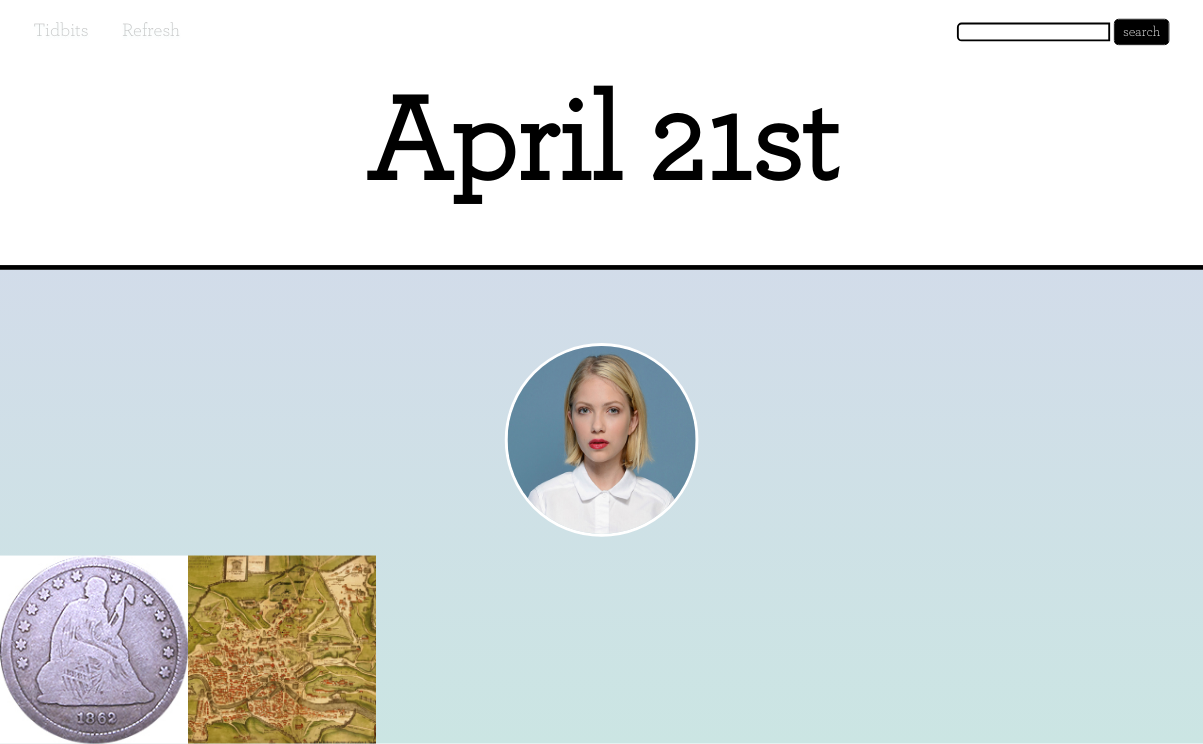
Repository: kklasmei/kklasmei.github.io
Page: tidbits/april21.html
The author's editor kept a record of every edit. The page is drawn from the files as they stood at one moment, then again after the next edit.
The browser window is 1280 px wide. The pictures show the whole page, at 94% of full size.

Above is the page before.

### tidbits/april21.html
<html>
    <head>
        <title>April 21</title>
        <link rel="stylesheet" href="tidbits.css">
        <link rel="stylesheet" href="jstyle.css"/>
  <meta charset="utf-8">
    </head>
    <body>
     <div id= "top">
         <div id="search">
		<form id="searchbody" method="get" action="home.html">
		        <input type="text" class="bar" maxlength="70">
		        <input type="submit" value="search" class="button">
		</form>
		    	<p1><a href="home.html">Tidbits</a></p1>
		    	<p1><a href="april21.html">Refresh</a></p1>

	<div class="tfclear"></div>
	</div>
        <h1> April 21st </h1>
        <br>
        <br>
        <br>
        <hr>
        </div>
    	<br>

        <div class="imgs">
        </div>

    <div id= "tavitext">
        <p1>happy birthday</p1>
    </div>

    <script src="jquery.js"></script>
    <script src="script.js"></script>
    </body>
</html>

### tidbits/tidbits.css
@font-face {
  font-family: 'Archer-Light';
  src: url('Archer-Light/Archer-Light.eot?#iefix') format('embedded-opentype'),  url('Archer-Light/Archer-Light.otf')  format('opentype'),
	     url('Archer-Light/Archer-Light.woff') format('woff'), url('Archer-Light/Archer-Light.ttf')  format('truetype'), url('Archer-Light/Archer-Light.svg#Archer-Light') format('svg');
  font-weight: normal;
  font-style: normal;
}

h1 {
    text-align: center;
    font-size: 130px;
    padding-top: 10;
    margin-bottom: -10;
    margin-top: 0;
    font-family: 'Archer-Light';
    color: #000;
    cursor: default;
}

h2 {
    text-align: center;
    font-size: 14;
    font-family: 'Archer-Light';
    padding-bottom: 8;
    padding-top: -40;
    margin: 0;
    cursor: default;
}

body {
    margin: 0;
    padding: 0;
 background-image: no-repeat -webkit-gradient(linear, 0 0, 0 100%, from(#d6d7ed), to(#cbe5e3)) fixed center;
 background-image: -webkit-linear-gradient(#d6d7ed, #cbe5e3) fixed center;
 background-image: linear-gradient(#d6d7ed, #cbe5e3);
    background-repeat: no-repeat, no-repeat, no-repeat;
    background-position: center;
}


hr {
    margin-bottom: 40;
    width: 100%;
    color: #000;
    display: block;
    height: 5px;
    background-color: black;
    border: none;
}

#submit {
    text-align: center;
    border-radius: 8px;
}


.month, .day {
    display: inline;
}

.date {
    text-align: center;
}

#searchbody {
	float: right;
	padding-right: 2%;
	padding-top: 20px;
	margin-right: 10px;
}

option {
    font-size: 30px;
}

.bar {
		margin: 0;
		padding: 1px 10px;
		font-family: 'Archer-Light';
		font-size: 12px;
		border: 2px solid #000;
		border-right: -7px;
		border-top-left-radius: 5px 5px;
		border-bottom-left-radius: 5px 5px;
		background-color: transparent;
}

.bar:focus {
    outline: none;
}

.button {
		margin: 0;
		font-family: 'Archer-Light';
		cursor: pointer;
		text-align: center;
		outline: none;
		color: #fff;
		border: solid 1px #000;
		background: #99c7c8;
		background: -webkit-gradient(linear, left top, left bottom, from(#000), to(#000));
		background: -moz-linear-gradient(top,  #cbe5e3,  #cbe5e3);
		border-top-right-radius: 5px 5px;
		border-bottom-right-radius: 5px 5px;
		border-top-left-radius: 5px 5px;
		border-bottom-left-radius: 5px 5px;
	}

input[value="view gallery"] {
    font-size: 20px;
	padding: 8px 12px;

}

input[value="search"] {
    font-size: 15px;
    padding: 4px 9px;
}

	.tfbutton:hover {
		text-decoration: none;
		background: #99c7c8;
		background: -webkit-gradient(linear, left top, left bottom, from(#99c7c8), to(#99c7c8));
		background: -moz-linear-gradient(top,  #99c7c8,  #99c7c8);
	}
	/* Fixes submit button height problem in Firefox */
	.tfbutton::-moz-focus-inner {
	  border: 0;
	}
	.tfclear{
		clear:both;
	}

p1 {
    font-family: 'Archer-Light';
    float: left;
    font-size: 20;
    padding-top: 20px;
    margin-left: 10px;
    padding-left: 2%;
    opacity: .6;
    background-color: #565656;
    color: transparent;
    text-shadow: 0px 2px 3px rgba(167,219,219,.5);
  -webkit-background-clip: text;
     -moz-background-clip: text;
          background-clip: text;
}

p1, #searchbody {
    display: inline;
}

.imgs {
     display: block;
     margin-left: auto;
     margin-right: auto;
}

.month select {
  background: #fff;
  width: 275px;
  height: 60px;
  font-family: 'Archer-Light';
  padding-left: 15px;
  font-size: 40px;
	border: 2px solid #000;   border-radius: 10;
  -webkit-appearance: none;
  color: #000;
  cursor: pointer;
}

.month {
  width: 140px;
  height: 64px;
  overflow: hidden;
  /*background: url("imgs/triangle.png") no-repeat right #fff;*/
  border: 0px solid #000;
  border-radius: 4px;
  cursor: pointer;
  padding-right: 10;
}

.day select {
  background: #fff;
  width: 95px;
  height: 60px;
  font-family: 'Archer-Light';
  padding-left: 15px;
  font-size: 40px;
	border: 2px solid #000;   border-radius: 10;
  -webkit-appearance: none;
  color: #000;
  cursor: pointer;
}

.day {
  width: 140px;
  height: 64px;
  overflow: hidden;
  background: url("imgs/triangle.png") no-repeat right #fff;
  border: 0px solid #000;
  border-radius: 4px;
}

a:link {
    opacity: .6;
    background-color: #565656;
    color: transparent;
    text-decoration: none;
    text-shadow: 0px 2px 3px rgba(167,219,219,.5);
  -webkit-background-clip: text;
     -moz-background-clip: text;
    background-clip: text;
}

a:visited {
    opacity: .6;
    background-color: #565656;
    color: transparent;
    text-decoration: none;
    text-shadow: 0px 2px 3px rgba(167,219,219,.5);
  -webkit-background-clip: text;
     -moz-background-clip: text;
    background-clip: text;
}

a:hover {
    opacity: .6;
    background-color: #99c7c8;
    color: transparent;
    text-decoration: none;
    text-shadow: 0px 2px 3px rgba(167,219,219,.5);
  -webkit-background-clip: text;
     -moz-background-clip: text;
    background-clip: text;
}

a:active {
    opacity: .6;
    background-color: #565656;
    color: transparent;
    text-decoration: none;
    text-shadow: 0px 2px 3px rgba(167,219,219,.5);
  -webkit-background-clip: text;
     -moz-background-clip: text;
    background-clip: text;
}

#top {
    background-color: #fff;
}


#tavi {
  border-radius: 50%;
  border-color: #fff;
  border-style: solid;
  margin: 20px;
  display: block;
    margin-left: auto;
    margin-right: auto;
}


#library {
  border-radius: 50%;
  border-color: #fff;
  border-style: solid;
  margin: 20px;
  display: block;
    margin-left: auto;
    margin-right: auto;
}

#worldsfair {
  border-radius: 50%;
  border-color: #fff;
  border-style: solid;
  margin: 20px;
  display: block;
    margin-left: auto;
    margin-right: auto;
}

#kinder{
  border-radius: 50%;
  border-color: #fff;
  border-style: solid;
  margin: 20px;
  display: block;
    margin-left: auto;
    margin-right: auto;
}

#cashews {
  border-radius: 50%;
  border-color: #fff;
  border-style: solid;
  margin: 20px;
  display: block;
    margin-left: auto;
    margin-right: auto;
}

#textcontent {
    display: table-cell;
    opacity: 0;
}

#textcontent:hover {
    opacity: 1;
}

.myArray {
    display: block;
    margin-left: auto;
    margin-right: auto;
}

### tidbits/jstyle.css
.hidden {
    display: none !important;
    visibility: hidden;
}

### tidbits/script.js
/*var clicked = false;


$ ( "#toggle" ).click(function() {
if (clicked == false) {
    $( "#status" ).html( "GO" );
    $( "#status" ).css({"background-color" : "lime"});
    $( "#toggle").html("Stop");
    $( "#status" ).mousemove(function() {
        $( "#cat" ).show () });
    clicked = true
} else {
    $( "#status" ).html( "STOP" );
    $( "#status" ).css({"background-color" : "red"});
    $( "#toggle").html("Start");
    $( "#status" ).html(function() {
        $( "#cat").remove () });
    clicked  = false
}

});

*/

var myArray = ['<img id="tavi" src="imgs/tavi.jpg" data-alt-src="himgs/tavi.jpg" class="tavi" height="200" width="200">', '<img id="worldsfair" src="imgs/worldsfair.jpg" data-alt-src="himgs/worldsfair.jpg" class="worldsfair" height="200" width="200">', '<img id="library" src="imgs/library.jpg" data-alt-src="himgs/library.jpg" class="library" height="200" width="200">', '<img id="kinder" src="imgs/kinder.jpg" data-alt-src="himgs/kinder.jpg" class="kinder" height="200" width="200">', '<img id="cashews" src="imgs/cashews.jpg" data-alt-src="himgs/cashews.jpg" class="cashews" height="200" width="200">', '<img id="rome" src="imgs/rome.jpg" data-alt-src="himgs/rome.jpg" class="rome" height="200" width="200">', '<img id="mint" src="imgs/mint.jpg" data-alt-src="himgs/mint.jpg" class="mint" height="200" width="200">'];

for (var i=0; i < 3; i++) {

    var imgtoappend = Math.floor(Math.random() * myArray.length);
    console.log("imgtoappend = " + imgtoappend);
    console.log("APPEND THIS IMAGE: " + myArray[imgtoappend]);
    $(".imgs").append(myArray[imgtoappend]);
        console.log(myArray);
    myArray.splice(imgtoappend, 1);
        console.log(myArray);
}

$( "#tavitext" ) .remove ();


var sourceSwap = function () {
    var $this = $(this);
    var newSource = $this.data('alt-src');
    $this.data('alt-src', $this.attr('src'));
    $this.attr('src', newSource);
}

$(function () {
    $('img.cashews').hover(sourceSwap, sourceSwap);
});

$(function () {
    $('img.tavi').hover(sourceSwap, sourceSwap);
});

$(function () {
    $('img.kinder').hover(sourceSwap, sourceSwap);
});

$(function () {
    $('img.library').hover(sourceSwap, sourceSwap);
});

$(function () {
    $('img.worldsfair').hover(sourceSwap, sourceSwap);
});

$(function () {
    $('img.rome').hover(sourceSwap, sourceSwap);
});

$(function () {
    $('img.mint').hover(sourceSwap, sourceSwap);
});

Loaded but not shown: tidbits/jquery.js (library)

After the next edit:
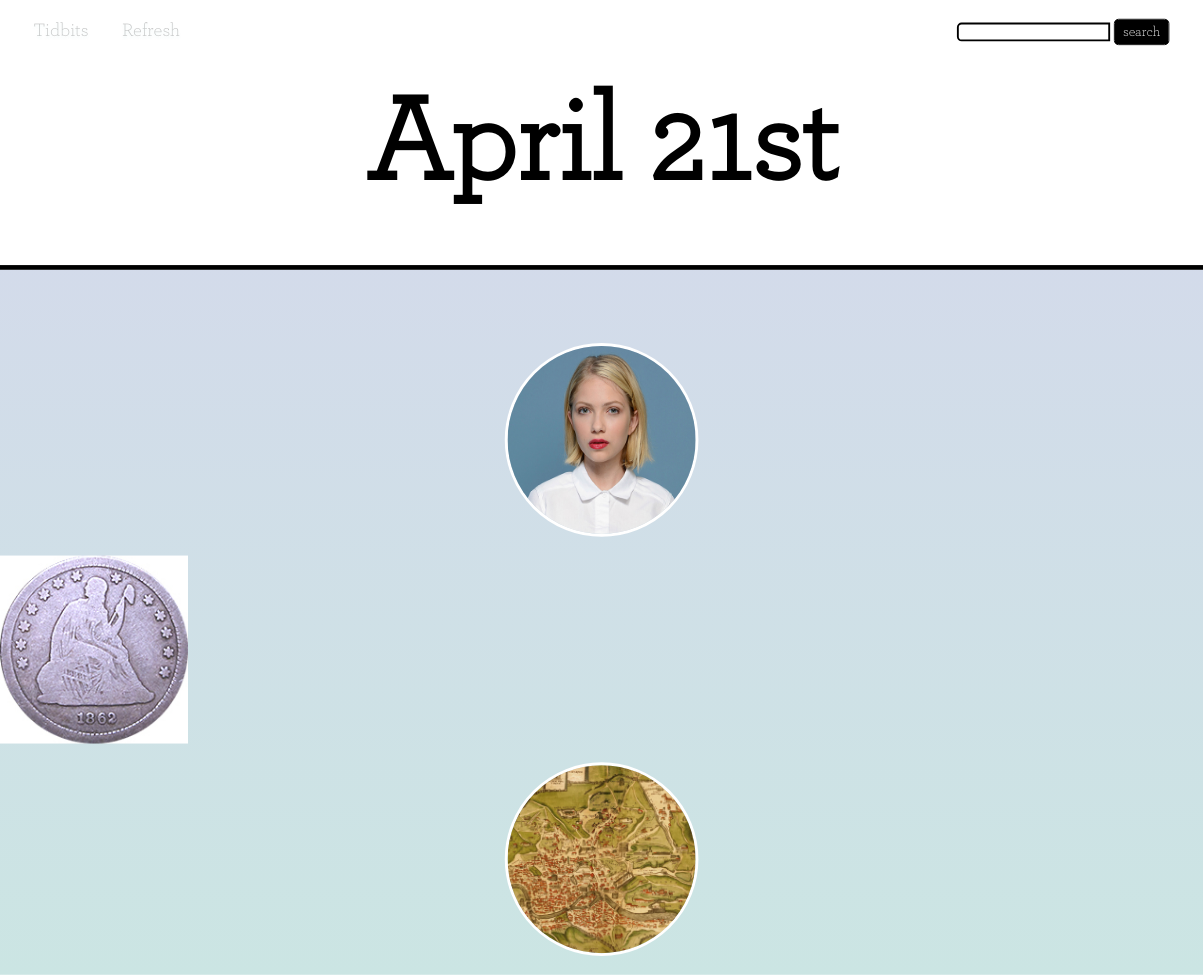
The edit:
--- a/tidbits/tidbits.css
+++ b/tidbits/tidbits.css
@@ -303,6 +303,16 @@
     margin-right: auto;
 }
 
+#rome {
+  border-radius: 50%;
+  border-color: #fff;
+  border-style: solid;
+  margin: 20px;
+  display: block;
+    margin-left: auto;
+    margin-right: auto;
+}
+
 #textcontent {
     display: table-cell;
     opacity: 0;
